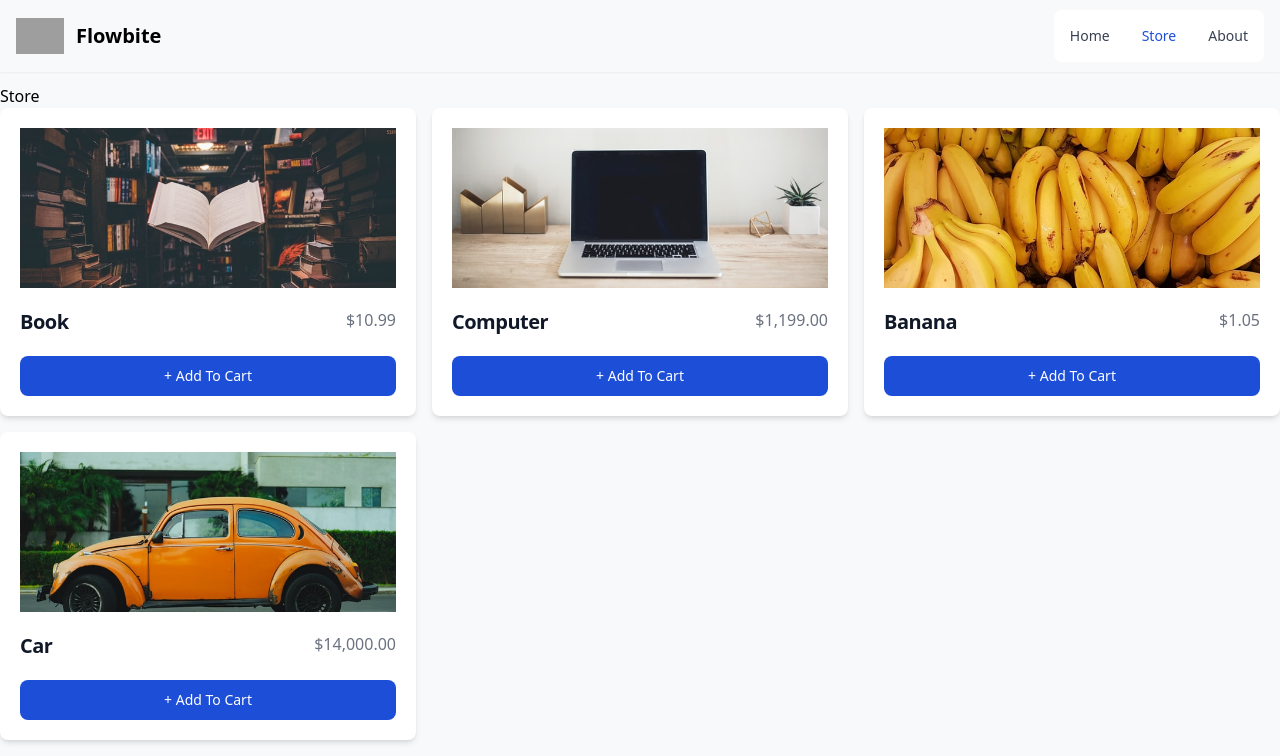
Repository: ducanhaep/react-ts-shopping-cart
Page: /store
These files come from the project's save history. The page is drawn as it stood at one moment and after the next save; the edit follows.
The browser window is 1280 px wide. The pictures show the whole page.
Pictures or frames that could not be fetched are drawn as grey boxes. The project was rebuilt for these pictures with package versions that can differ from the ones it lists, and the page was loaded fresh each time. Also part of the build but not shown: vite.config.ts, src/pages/About.js, src/pages/Home.js.

Above is the page before, as saved 2023-01-12 00:26:22.

After the next save:
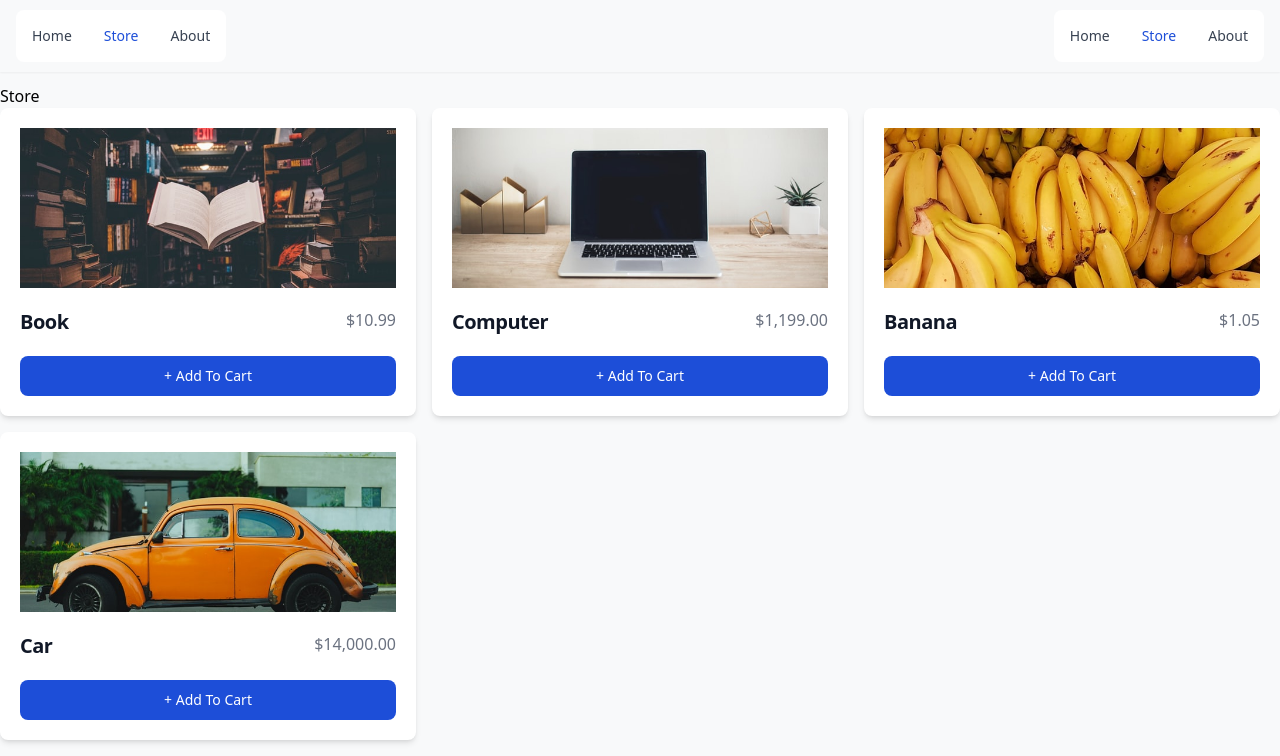
Saved 84 s later.
--- a/src/components/Navbar.tsx
+++ b/src/components/Navbar.tsx
@@ -3,12 +3,12 @@ import { BsFillCartFill } from "react-icons/bs";
 import { useShoppingCartContext } from "../context/ShoppingCartContext";
 
 export function Navbar() {
-  const { openCart, closeCart, cartQuantity } = useShoppingCartContext();
+  const { openCart, cartQuantity } = useShoppingCartContext();
   return (
     <div className="shadow-sm mb-3">
       <nav className="containerbg-white border-gray-200 px-2 sm:px-4 py-2.5 rounded dark:bg-gray-900">
         <div className="container flex flex-wrap items-center justify-between mx-auto">
-          <a href="#" className="flex items-center">
+          {/* <a href="#" className="flex items-center">
             <img
               src="https://flowbite.com/docs/images/logo.svg"
               className="h-6 mr-3 sm:h-9"
@@ -17,7 +17,47 @@ export function Navbar() {
             <span className="self-center text-xl font-semibold whitespace-nowrap dark:text-white">
               Flowbite
             </span>
-          </a>
+          </a> */}
+          <ul className="flex flex-col p-4 mt-4 border border-gray-100 rounded-lg bg-gray-50 md:flex-row md:space-x-8 md:mt-0 md:text-sm md:font-medium md:border-0 md:bg-white dark:bg-gray-800 md:dark:bg-gray-900 dark:border-gray-700">
+            <li>
+              <NavLink
+                to="/"
+                className={({ isActive }) =>
+                  isActive
+                    ? "text-white bg-blue-700 rounded md:bg-transparent md:text-blue-700 md:p-0 dark:text-white"
+                    : "block py-2 pl-3 pr-4 text-gray-700 rounded hover:bg-gray-100 md:hover:bg-transparent md:border-0 md:hover:text-blue-700 md:p-0 dark:text-gray-400 md:dark:hover:text-white dark:hover:bg-gray-700 dark:hover:text-white md:dark:hover:bg-transparent"
+                }
+                aria-current="page"
+              >
+                Home
+              </NavLink>
+            </li>
+            <li>
+              <NavLink
+                to="store"
+                className={({ isActive }) =>
+                  isActive
+                    ? "text-white bg-blue-700 rounded md:bg-transparent md:text-blue-700 md:p-0 dark:text-white"
+                    : "block py-2 pl-3 pr-4 text-gray-700 rounded hover:bg-gray-100 md:hover:bg-transparent md:border-0 md:hover:text-blue-700 md:p-0 dark:text-gray-400 md:dark:hover:text-white dark:hover:bg-gray-700 dark:hover:text-white md:dark:hover:bg-transparent"
+                }
+              >
+                Store
+              </NavLink>
+            </li>
+            <li>
+              <NavLink
+                to="about"
+                className={({ isActive }) =>
+                  isActive
+                    ? "text-white bg-blue-700 rounded md:bg-transparent md:text-blue-700 md:p-0 dark:text-white"
+                    : "block py-2 pl-3 pr-4 text-gray-700 rounded hover:bg-gray-100 md:hover:bg-transparent md:border-0 md:hover:text-blue-700 md:p-0 dark:text-gray-400 md:dark:hover:text-white dark:hover:bg-gray-700 dark:hover:text-white md:dark:hover:bg-transparent"
+                }
+              >
+                About
+              </NavLink>
+            </li>
+          </ul>
+
           <button
             data-collapse-toggle="navbar-default"
             type="button"
